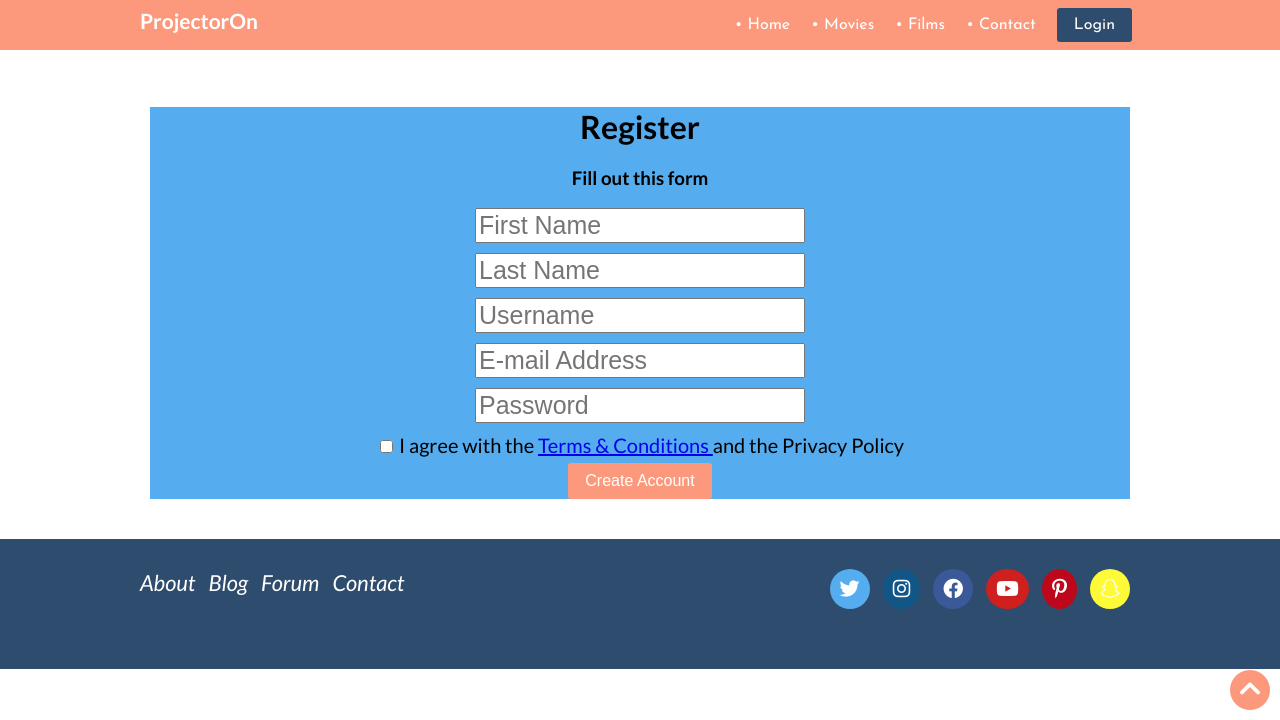
Repository: albayrakfatih/ProjectorOn_WebMovieApp
Page: register.html
The author's editor kept a copy of each file at every save. The page is drawn from the files as they stood at one save, then again after a run of saves.
The browser window is 1280 px wide. The pictures show the whole page.
Some web libraries are served in a nearby version.

Above is the page before, as saved 2023-04-30 01:56:13.

### register.html
<!DOCTYPE html>
<html lang="en">
<head>
    <meta charset="UTF-8">
    <meta http-equiv="X-UA-Compatible" content="IE=edge">
    <meta name="viewport" content="width=device-width, initial-scale=1.0">
    <title>Movie App</title>
    <!-- <link rel="stylesheet" href="https://cdnjs.cloudflare.com/ajax/libs/font-awesome/6.3.0/css/all.min.css" integrity="sha512-SzlrxWUlpfuzQ+pcUCosxcglQRNAq/DZjVsC0lE40xsADsfeQoEypE+enwcOiGjk/bSuGGKHEyjSoQ1zVisanQ==" crossorigin="anonymous" referrerpolicy="no-referrer" /> -->
    <!-- <link rel="preconnect" href="https://fonts.googleapis.com">
    <link rel="preconnect" href="https://fonts.gstatic.com" crossorigin>
    <link href="https://fonts.googleapis.com/css2?family=Josefin+Sans:wght@400;700&family=Lato:ital,wght@0,400;0,700;1,400;1,700&display=swap" rel="stylesheet"> -->
    <!-- <link rel="stylesheet" href="css/buttons.css"> -->
    <link rel="stylesheet" href="css/styles.css">


</head>
<body id="body">

    <header class="main-header">
        <div class="container">
            <a href="#" class="main-header__logo">ProjectorOn</a>
            <nav class="main-nav">
                <ul class="main-nav__items">
                    <li class="main-nav__item">
                        <a href="#">Home</a>
                    </li>
                    <li class="main-nav__item">
                        <a href="#">Movies</a>
                    </li>
                    <li class="main-nav__item">
                        <a href="#">Films</a>
                    </li>
                    <li class="main-nav__item">
                        <a href="#">Contact</a>
                    </li>
                    <li class="main-nav__item main-nav__item--login">
                        <a class="btn btn-secondary" href="#">Login</a>
                    </li>
                </ul>
            </nav>
        </div>
    </header>

   <main class="signup-page">
    <div class="container">
        <div class="row">
            <div class="register-card-container">
                <div class="register-card">
                    <h1>Register</h1>
                    <h3>Fill out this form</h2>
                    <form action="" class="signup-form">
                        <input type="text" id="firstname" placeholder="First Name"><br>
                        <input type="text" id="lastname" placeholder="Last Name"><br>
                        <input type="text" id="username" placeholder="Username"><br>
                        <input type="email" id="email" placeholder="E-mail Address"><br>
                        <input type="password" id="password" placeholder="Password"><br>
                        <input type="checkbox" id="agree-terms">
                        <label for="agree-terms">I agree with the <a href="#">Terms &amp; Conditions </a> and the Privacy Policy </label><br>
                        <button type="submit" class="btn btn-primary">Create Account</button>
                    </form>
                </div>
            </div>
        </div>
    </div>
   </main>

    <footer>
        <div class="container">
            <div class="row">
                <div class="col-2">
                    <ul id="footer-links">
                        <li><a href="">About</a></li>
                        <li><a href="">Blog</a></li>
                        <li><a href="">Forum</a></li>
                        <li><a href="">Contact</a></li>
                    </ul>
                </div>
                <div class="col-2">
                    <ul id="social-links">
                        <li><a href="" class="fab fa-twitter"></a></li>
                        <li><a href="" class="fab fa-instagram"></a></li>
                        <li><a href="" class="fab fa-facebook"></a></li>
                        <li><a href="" class="fab fa-youtube"></a></li>
                        <li><a href="" class="fab fa-pinterest-p"></a></li>
                        <li><a href="" class="fab fa-snapchat"></a></li>
                    </ul>
                </div>
            </div>
        </div>
    </footer>

    <a href="#body" id="backtotop">
        <i class="fas fa-chevron-circle-up"></i>
    </a>

</body>
</html>

### css/styles.css
@import url("https://cdnjs.cloudflare.com/ajax/libs/font-awesome/6.3.0/css/all.min.css");
@import url('https://fonts.googleapis.com/css2?family=Josefin+Sans:wght@400;700&family=Lato:ital,wght@0,400;0,700;1,400;1,700&display=swap');
@import url("buttons.css");



html {
    scroll-behavior: smooth;
}

*{
    box-sizing: border-box;
}
body{
    margin: 0px;
    font-family: 'Lato', sans-serif;
}
main{
    margin-top: 47px;
}
#showcase{
     background: /*linear-gradient(to bottom, rgba(252, 153, 124,0.1),rgb(250, 81, 30,0.3)),  */
    url('../img/projector1.jpg');
    background-position: center left;
    background-repeat: no-repeat;
    background-size: cover;
    background-attachment: fixed;
    border-top: 3px solid #fff;
    /*border: 4px solid white;*/
    height: 100vh;
    width: 100%;
    color: aliceblue;
    position: relative;
}
#showcase .content {
    position: absolute;
    font-size: 25px;
    margin: 0;
    top: 50%;
    left: 50%;
    transform: translate(-50%,-50%);
    width: 60%;
    background-color: rgba(46,76,109,0.3);
    color: #fff;
    padding: 20px;
    border-radius: 10px;
}


#how-it-works{
    background-color: #fff;
    padding: 10px;
    text-align: center;/*text-align kalıtım yolu ile aktarılabiliyor. bu yüzden tüm how-it-works section öğelerine center dedim.*/
}

.main-header{
    background-color: #FC997C;
    padding: 8px 16px;
    position: fixed;
    top: 0;
    z-index: 1;
    width: 100%;
}
.main-nav{
    display: inline-block;
    width: calc(100% - 121px);
    text-align: right;
    font-family: 'Josefin Sans', sans-serif;
}
.main-nav__items{
    list-style: none;
    margin: 0px;
    padding: 0px;
}
.main-nav__item{
    display: inline-block;
    margin: 0 8px;
}

.main-header__logo{
    color: #fff;
    text-decoration: none;
    font-weight: bold;
    font-size: 21px;
}

.main-nav__item a{
    text-decoration: none;
    color: #fff;
}
.main-nav__item a:hover{
    color:#160140;
}
.main-nav__item a:active{
    color: #fff;
}
.main-nav__item::before{
    content: '\2022';
    color: #fff;
}
.main-nav__item:hover::before{
    color: #160140;
}
.main-nav__item:active::before{
    color: #fff;
}
/* .main-nav__item--login a{
     color:#fff;
    background-color: #160140;
    border: 2px solid #fff;
    padding: 4px 16px;
    border-radius: 6px;
    font-weight: bold;
} */
/* .main-nav__item--login a:hover{
    border-color: #160140;
    color: #160140;
    background-color: #fff;
} */
.main-nav__item--login::before{
    content: none;
}

.row{
    margin-bottom: 30px;
    /* margin-top: 20px; */
}
/* .col-2{
    display: inline-block;
    width: calc(50% - 2px);
    height:350px;
    background-color: tomato;
    vertical-align:top;
}
.col-3{
    display: inline-block;
    width: 30%;
    padding: 16px;
    margin: 8px;
} */
.col-2 {
    float: left;
    width: 50%;
}
.col-3 {
    float: left;
    width: 33.3%;
}
.col-4 {
    float: left;
    width: 25%;
}

.icon-box h3{
    font-size: 25px;
    color: #3e4555;
}
.icon-box i{
    color: #FC997C;
}

.features-left{
    background-image: url("../img/titanic.jpg");
    background-position: center top;
    background-size: cover;
}
.features-right{
    background-color: #edf5f7;
    padding: 40px 20px;
}
.features-right h2{
    font-size: 30px;
}
.features-left,
.features-right {
    height: 350px;
}


.btn-view-features{
    background-color: #FC997C;
    color: #fff;
    padding: 7px 15px;
    border: 1px solid #FC997C;
    text-decoration: none;
    font-size: 14px;
    font-family: 'Josefin Sans', sans-serif;
    border-radius: 3px;
    display: inline-block;
    margin-top: 15px;
}
.btn-view-features:hover{
    color: #FC997C;
    background-color: #fff;
}
.section-title{
    text-align: center;
    margin-bottom: 40px;
    font-weight:700;
    font-size: 30px;
    color: #3e4555;
}
.plan{
    text-align: center;
    padding: 10px;
}

.plan__badge{
    background-color: orange;
    color: red;
    padding: 8px;
    border-radius: 5px;
}

.plan--featured {
    position: relative;
    top: -30px;
}

.recommended_plan{
    color: #ffffff;
    background-color: mediumblue!important;

}

 /* .clearfix{
    content: "";    .clearfix yerine .row sınıfını kullandık
    display: block;
    clear: both;
}  */
.row::after{
    content: "";
    display: block;
    clear: both;
}

.container{
    margin: 0 auto;
    width: 1000px;
}

.inner-plan{
    background-color:#edf5f7;
    padding: 25px 15px;
    border-radius: 5px;
    box-shadow:  0px 5px 15px rgba(0, 0, 0, 0.35);
    transition: box-shadow .8s;
}
.inner-plan:hover{
    box-shadow: 0px 5px 15px rgba(0, 0, 0, 0.7);
}


#backtotop {
    position: fixed;
    bottom: 10px;
    right: 10px;
}
#backtotop i {
    font-size: 40px;
    background-color:transparent;
    color: #fc997C;
    transition: color .6s;
}
#backtotop i:hover {
    color: #fb7850;
}

.counter {
    background: linear-gradient(to bottom, #FC997C 0%, #FC8b69 100%);
    text-align: center;
    padding:50px;
}
.counter h4 {
    margin-top: 0;
    color: #fff;
}
.counter__item{
    font-weight: 700;
    font-size: 25px;
    color: #fff;
}

/*----------movies--------------*/

.card-container {
    padding: 10px;
}
.card {
     /* width: 20vw;  veya 300px;  */
    background-color: #fff;
    box-shadow: rgba(14, 30, 37, 0.12) 0px 2px 4px 0px, rgba(14, 30, 37, 0.32) 0px 2px 16px 0px;
    cursor: pointer;
    border-radius: 5px;
    /* height: 90vh;  */
    position: relative;
    top: 0;
    transition: all .5s;
}
.card:hover {
    top: -10px;
    box-shadow: rgba(14, 30, 37, 0.9) 0px 2px 4px 0px, rgba(14, 30, 37, 0.9) 0px 2px 16px 0px;
}
.card-title {
    text-align: center;
}
.card-image {
    width:100%;
    /*height:45vh;*/
    max-height: 350px;
}
.card-button {
    text-align: center;
}
.card-body {
    padding: 30px;
}

/*-------------- footer --------------*/

footer {
    background-color: #2E4C6D;
    padding: 30px;
    margin-top: 25px;
}

footer a {
    color: #fff;
    font-size: 22px;
    text-decoration: none;
    font-style: italic;
}
footer ul {
    margin: 0;
    padding:0;
}

footer ul li {
    list-style-type: none;
    display: inline-block;
    margin-right: 10px;
}

#social-links {
    text-align: right;
}

.fab {
    padding: 10px;
    font-size: 20px;
    border-radius: 50%;
}
.fab:hover {
    opacity: 0.5;
}

.fa-twitter {
    background-color: #55acee;
    color: #fff;
}
.fa-instagram {
    background-color: #125688;
    color: #fff;
}
.fa-facebook {
    background-color: #3b5998;
    color: #fff;
}
.fa-youtube {
    background-color: #cd201f;
    color: #fff;
}
.fa-pinterest-p {
    background-color: #bd081c;
    color: #fff;
}
.fa-snapchat {
    background-color: #fffa37;
    color: #fff;
}

/*------------- register-card ------------*/

.register-card {
    background-color: #55acee;
    margin-top: 50px;
}
.signup-form {
    text-align: center;
}
.register-card h1,h3 {
    text-align: center;
}
.signup-form input {
    font-size: 25px;
    margin-bottom: 10px;
}
.signup-form label {
    font-size: 20px;
    margin-bottom: 20px;
}
.register-card-container {
    padding: 10px;
}

### css/buttons.css


.btn {
    text-align: center;
    text-decoration: none;
    display: inline-block;
    padding: 7px 15px;
    font-size: 16px;
    cursor: pointer;
    border: none;
    border-radius: 3px;
    transition-duration: .8s;
}

.btn-primary{
    background-color: #FC997c;
    color: #fff;
    border: 2px solid #FC997c;
}
.btn-primary:hover{
    background-color: #fff;
    color: #FC997c;
    border: 2px solid #FC997c;
}
.btn-outline-primary{
    background-color: #fff;
    color: #FC997c;
    border: 2px solid #FC997c;
}
.btn-outline-primary:hover{
    background-color: #FC997c;
    color: #fff;
    border: 2px solid #FC997c;
}



.btn-secondary{
    background-color: #2E4C6D;
    color: #fff;
    border: 2px solid #2E4C6D;
}
.btn-secondary:hover{
    background-color: #fff;
    color: #2E4C6D;
    border: 2px solid #2E4C6D;
}
.btn-outline-secondary{
    background-color: #fff;
    color: #2E4C6D;
    border: 2px solid #2E4C6D;
}
.btn-outline-secondary:hover{
    background-color: #2E4C6D;
    color: #fff;
    border: 2px solid #2E4C6D;
}

After the next 2 saves:
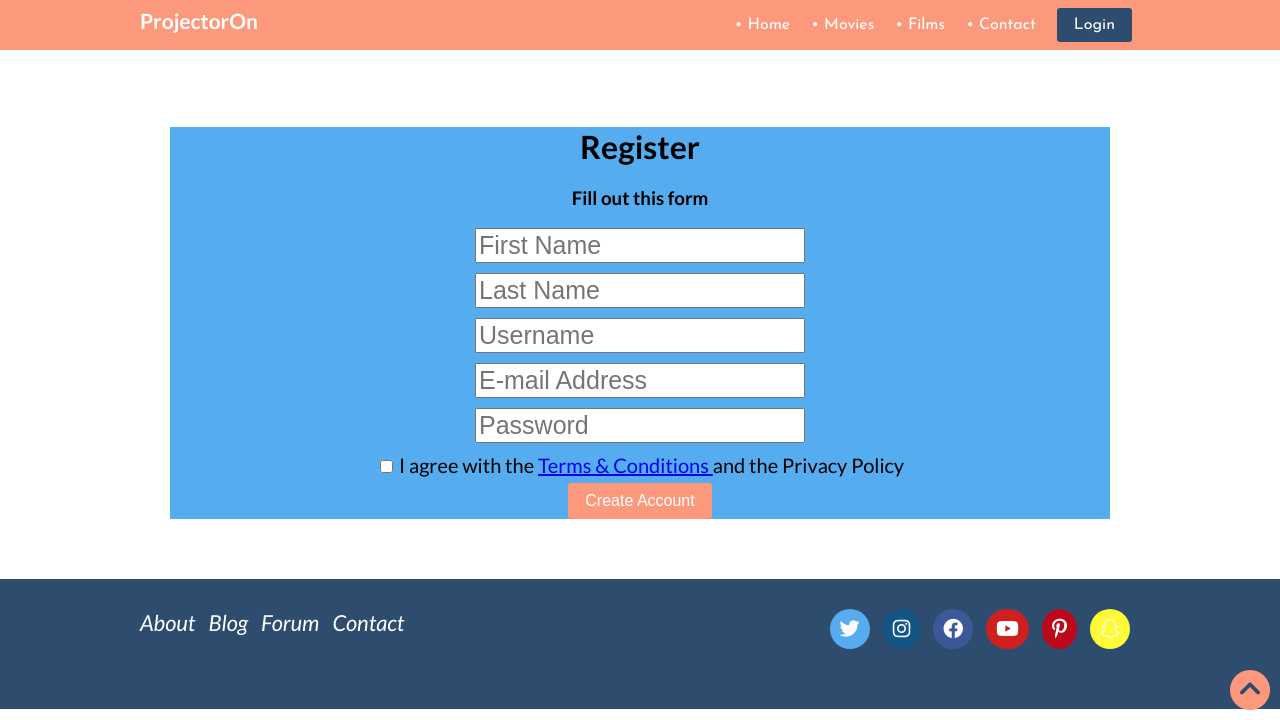
The 2 saves are shown as one change because they came seconds apart.
The last was saved 17 s later.
--- a/css/styles.css
+++ b/css/styles.css
@@ -400,5 +400,5 @@ footer ul li {
     margin-bottom: 20px;
 }
 .register-card-container {
-    padding: 10px;
-}
+    padding: 30px;
+}
